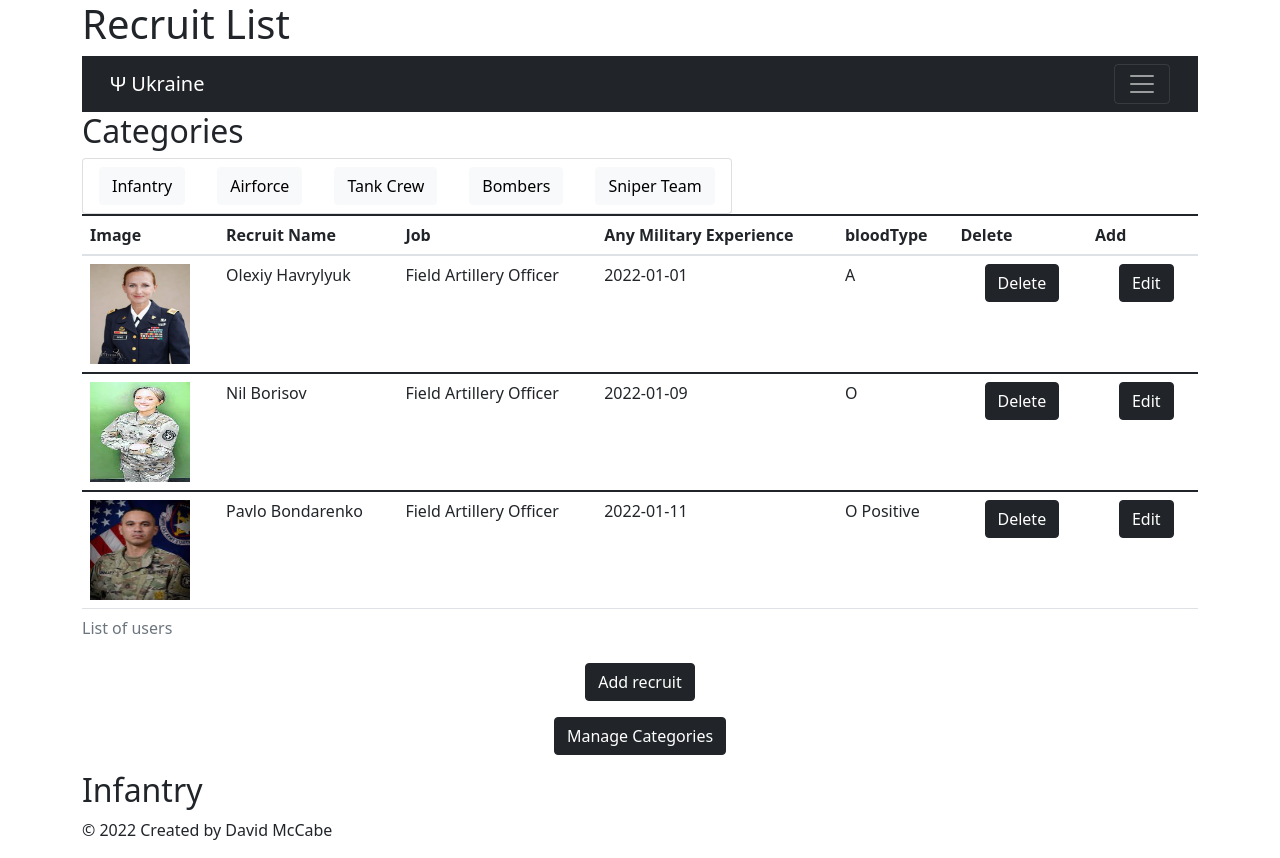
Repository: davidDKIT/ca2-davidmccabe-php
Page: http://localhost/delete_record.php
The author's editor kept a copy of each file at every save. The page is drawn from the files as they stood at one save, then again after the next save.
The browser window is 1280 px wide. The pictures show the whole page.
Some web fonts or font styles are not loaded; a fallback is used. The page is run by PHP 8.4 with error messages shown; the project is at /var/www/html/. The database holds what the project's SQL file puts in it.

Above is the page before, as saved 2022-03-15 18:57:49.

### delete_record.php
<?php
require_once('database.php');

// Get IDs
$recruit_id = filter_input(INPUT_POST, 'recruit_id', FILTER_VALIDATE_INT);
$category_id = filter_input(INPUT_POST, 'category_id', FILTER_VALIDATE_INT);

// Delete the product from the database
if ($recruit_id != false && $category_id != false) {
    $query = "DELETE FROM recruits
              WHERE recruitID = :recruit_id";
    $statement = $db->prepare($query);
    $statement->bindValue(':recruit_id', $recruit_id);
    $statement->execute();
    $statement->closeCursor();
}

// display the Product List page
include('index.php');
?>

### database.php
<?php
    $dsn = 'mysql:host=localhost;dbname=ukraine_signup';
    $username = 'root';
    $password = '';

    try {
        $db = new PDO($dsn, $username, $password);
    } catch (PDOException $e) {
        $error_message = $e->getMessage();
        include('database_error.php');
        exit();
    }
?>

### index.php
<link rel="stylesheet" type="text/css" href="https://stackpath.bootstrapcdn.com/bootstrap/4.3.1/css/bootstrap.min.css" />
<link href="https://fonts.googleapis.com/css?family=Raleway&display=swap" rel="stylesheet" />

<?php
require_once('database.php');
error_reporting(E_ERROR | E_PARSE);
// Get category ID
if (!isset($category_id)) {
    $category_id = filter_input(
        INPUT_GET,
        'category_id',
        FILTER_VALIDATE_INT
    );
    if ($category_id == NULL || $category_id == FALSE) {
        $category_id = 1;
    }
}

// Get name for current category
$queryCategory = "SELECT * FROM categories
WHERE categoryID = :category_id";
$statement1 = $db->prepare($queryCategory);
$statement1->bindValue(':category_id', $category_id);
$statement1->execute();
$category = $statement1->fetch();
$statement1->closeCursor();
$category_name = $category['categoryName'];

// Get all categories
$queryAllCategories = 'SELECT * FROM categories
ORDER BY categoryID';
$statement2 = $db->prepare($queryAllCategories);
$statement2->execute();
$categories = $statement2->fetchAll();
$statement2->closeCursor();

// Get recruits for selected category
$queryrecruits = "SELECT * FROM recruits
WHERE categoryID = :category_id
ORDER BY recruitID";
$statement3 = $db->prepare($queryrecruits);
$statement3->bindValue(':category_id', $category_id);
$statement3->execute();
$recruits = $statement3->fetchAll();
$statement3->closeCursor();
?>
<div class="container">


    <h1>Recruit List</h1>
    <?php
    include('includes/header.php');
    ?>
    <!-- display a list of categories -->
    <h2>Categories</h2>
    <div class="text-center">
        <ul class = "list-group list-group-horizontal-sm">
            <?php foreach ($categories as $category) : ?>
                <li class="list-group-item">
                    <a class="btn btn-light" href=".?category_id=<?php echo $category['categoryID']; ?>">
                        <?php echo $category['categoryName']; ?>
                    </a>
                </li>
            <?php endforeach; ?>
        </ul>
    </div>



    <section>
        <!-- display a table of recruits -->


        <div class="text-center">
            <div class="row">
                <div class="col-12">
                    <table class="table caption-top">
                        <caption>List of users</caption>
                        <thead>
                            <tr>
                                <th scope="col">Image</th>
                                <th scope="col">Recruit Name</th>
                                <th scope="col">Job</th>
                                <th scope="col">Any Military Experience</th>
                                <th scope="col">bloodType</th>
                                <th scope="col">Delete</th>
                                <th scope="col">Add</th>
                            </tr>
                        </thead>
                        <?php foreach ($recruits as $recruit) : ?>
                            <tbody>
                                <tr>
                                    <td><img src="image_uploads/<?php echo $recruit['image']; ?>" width="100px" height="100px" /></td>
                                    <td><?php echo $recruit['recruitName']; ?></td>
                                    <td class="right"><?php echo $recruit['job']; ?></td>
                                    <td class="right"><?php echo $recruit['militaryExp']; ?></td>
                                    <td class="right"><?php echo $recruit['bloodType']; ?></td>
                                    <td>
                                        <form class="form-check" action="delete_record.php" method="post" id="delete_record_form">
                                            <input class="btn btn-dark" type="hidden" name="recruit_id" value="<?php echo $recruit['recruitID']; ?>">
                                            <input class="btn btn-dark" type="hidden" name="category_id" value="<?php echo $recruit['categoryID']; ?>">
                                            <input class="btn btn-dark" type="submit" value="Delete">
                                        </form>
                                    </td>
                                    <td>
                                        <form class="form-check" action="edit_record_form.php" method="post" id="delete_record_form">
                                            <input class="btn btn-dark" type="hidden" name="recruit_id" value="<?php echo $recruit['recruitID']; ?>">
                                            <input class="btn btn-dark" type="hidden" name="category_id" value="<?php echo $recruit['categoryID']; ?>">
                                            <input class="btn btn-dark" type="submit" value="Edit">
                                        </form>
                                    </td>
                                </tr>
                            <?php endforeach; ?>

                            </tbody>

                    </table>
                    <p><a class="btn btn-dark" href="add_record_form.php">Add recruit</a></p>
                    <p><a class="btn btn-dark" href="category_list.php">Manage Categories</a></p>
                </div>
            </div>
        </div>

        <h2><?php echo $category_name; ?></h2>
        <?php
        include('includes/footer.php');
        ?>
    </section>



    <!-- /.container-fluid -->

### includes/header.php
<!-- the head section -->

<head>
  <title>Ukraine Sign Up</title>
  <link href="https://cdn.jsdelivr.net/npm/bootstrap@5.1.3/dist/css/bootstrap.min.css" rel="stylesheet" integrity="sha384-1BmE4kWBq78iYhFldvKuhfTAU6auU8tT94WrHftjDbrCEXSU1oBoqyl2QvZ6jIW3" crossorigin="anonymous">
  <!-- Custom styles for this template-->
  <script src="https://cdn.jsdelivr.net/npm/bootstrap@5.1.3/dist/js/bootstrap.bundle.min.js" integrity="sha384-ka7Sk0Gln4gmtz2MlQnikT1wXgYsOg+OMhuP+IlRH9sENBO0LRn5q+8nbTov4+1p" crossorigin="anonymous"></script>

</head>

<!-- the body section -->

<body>
<nav class="navbar navbar-dark bg-dark">
  <div class="container-fluid">
    <a class="navbar-brand" href="main.php">Ψ Ukraine</a>
    <button class="navbar-toggler" type="button" data-bs-toggle="collapse" data-bs-target="#navbarNavDropdown" aria-controls="navbarNavDropdown" aria-expanded="false" aria-label="Toggle navigation">
      <span class="navbar-toggler-icon"></span>
    </button>
    <div class="collapse navbar-collapse" id="navbarNavDropdown">
      <ul class="navbar-nav">
        <li class="nav-item">
          <a class="nav-link active" aria-current="page" href="#">Home</a>
        </li>
        <li class="nav-item">
          <a class="nav-link" href="#">Features</a>
        </li>
        <li class="nav-item">
          <a class="nav-link" href="#">Pricing</a>
        </li>
        <li class="nav-item dropdown">
          <a class="nav-link dropdown-toggle" href="#" id="navbarDropdownMenuLink" role="button" data-bs-toggle="dropdown" aria-expanded="false">
            Dropdown link
          </a>
          <ul class="dropdown-menu" aria-labelledby="navbarDropdownMenuLink">
            <li><a class="dropdown-item" href="#">Action</a></li>
            <li><a class="dropdown-item" href="#">Another action</a></li>
            <li><a class="dropdown-item" href="#">Something else here</a></li>
          </ul>
        </li>
      </ul>
    </div>
  </div>
</nav>

### includes/footer.php
<footer>
<p>&copy; <?php echo date("Y"); ?> Created by David McCabe</p>
</footer>
</div><!-- close div container -->
</body>
</html>

### data-for-your-database.sql (the tables this page reads)
CREATE TABLE `categories` (
  `categoryID` int(11) NOT NULL AUTO_INCREMENT,
  `categoryName` varchar(255) NOT NULL,
  PRIMARY KEY (categoryID)
) ENGINE=InnoDB DEFAULT CHARSET=utf8;

INSERT INTO `categories` (`categoryID`, `categoryName`) VALUES
(1, 'Infantry'),
(2, 'Airforce'),
(3, 'Tank Crew'),
(4, 'Bombers'),
(5, 'Sniper Team');

ALTER TABLE `categories`
  ADD PRIMARY KEY (`categoryID`);

ALTER TABLE `categories`
  MODIFY `categoryID` int(11) NOT NULL AUTO_INCREMENT, AUTO_INCREMENT=3;

CREATE TABLE `recruits` (
  `recruitID` int(11) NOT NULL primary key AUTO_INCREMENT,
  `recruitName` varchar(255),
  `categoryID` int(11) NOT NULL,
  `job` varchar(255),
  `militaryExp` varchar(50) NOT NULL,
  `image` varchar(255),
  `bloodType` varchar(50) NOT NULL,
  FOREIGN KEY (`categoryID`) REFERENCES categories(`categoryID`)
) ENGINE=InnoDB DEFAULT CHARSET=utf8;

ALTER TABLE `recruits` AUTO_INCREMENT = 1000;

INSERT INTO `recruits` (`recruitID`, `recruitName`,`categoryID`, `job`, `militaryExp`, `image`, `bloodType`) VALUES
(1,'Olexiy Havrylyuk', 1, 'Field Artillery Officer', '2022-01-01', '4733.jpg', "A"),
(2, 'Oleksandr Sobol', 3, 'Combat Engineer', '2022-01-01', '11537.jpg', "B"),
(3, 'Sofron Sokolov', 3, 'Combat Engineer', '2022-01-05', '28893.jpg', "O Positive"),
(4, 'Valery Zelenko', 2,'Soldeir', '2022-01-07', '119273.jpg', "O"),
(5, 'Nil Borisov', 1, 'Field Artillery Officer', '2022-01-09', '233012.jpg', "O"),
(6, 'Nazar Zyma', 3, 'Combat Engineer', '2022-01-09', '266531.jpg', "O"),
(7, 'Erast Vasylyk', 3,'Combat Engineer', '2022-01-09', '329484.jpg', "O Positive"),
(8, 'Pavlo Bondarenko', 1, 'Field Artillery Officer', '2022-01-11', '361782.jpg', "O Positive"),
(9, 'Martyn Sokolov', 4, 'Wheeled Vehicle Mechanic', '2022-01-14', '373465.jpg', "O Positive"),
(10, 'Valeriy Kovalchuk', 4, 'Wheeled Vehicle Mechanic', '2022-01-14', '373989.jpg', "O"),
(11, 'Yevhen Chayka', 5, 'Marksman Sniper', '2022-01-17', '374104.jpg', "O"),
(12, 'Tymofiy Baran', 2, 'Soldeir', '2022-01-01', '644055.jpg', "A"),
(13, 'Stanislav Kravchenko', 2, 'Soldeir', '2022-01-01', '644471.jpg', "O Positive"),
(14, 'Markiyan Holub', 5, 'Marksman Sniper', '2022-01-01', '834551.jpg', "O Positive"),
(15, 'Heorhiy Shevchuk', 5, 'Marksman Sniper', '2022-01-28', '835545.jpg', "O");

ALTER TABLE `recruits`
  ADD PRIMARY KEY (`recruitID`);

ALTER TABLE `recruits`
  MODIFY `recruitID` int(11) NOT NULL AUTO_INCREMENT, AUTO_INCREMENT=13;

After the next save:
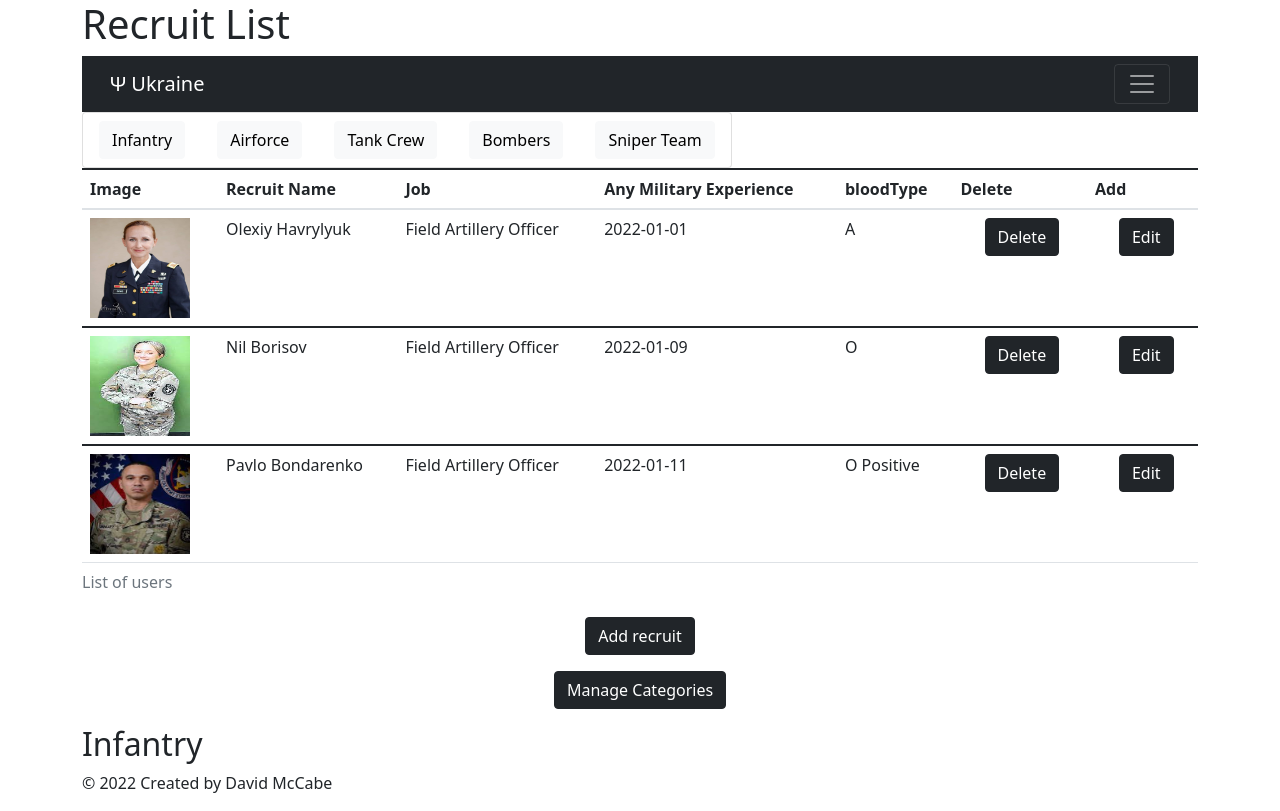
Saved 21 s later.
--- a/index.php
+++ b/index.php
@@ -52,7 +52,6 @@ $statement3->closeCursor();
     include('includes/header.php');
     ?>
     <!-- display a list of categories -->
-    <h2>Categories</h2>
     <div class="text-center">
         <ul class = "list-group list-group-horizontal-sm">
             <?php foreach ($categories as $category) : ?>
